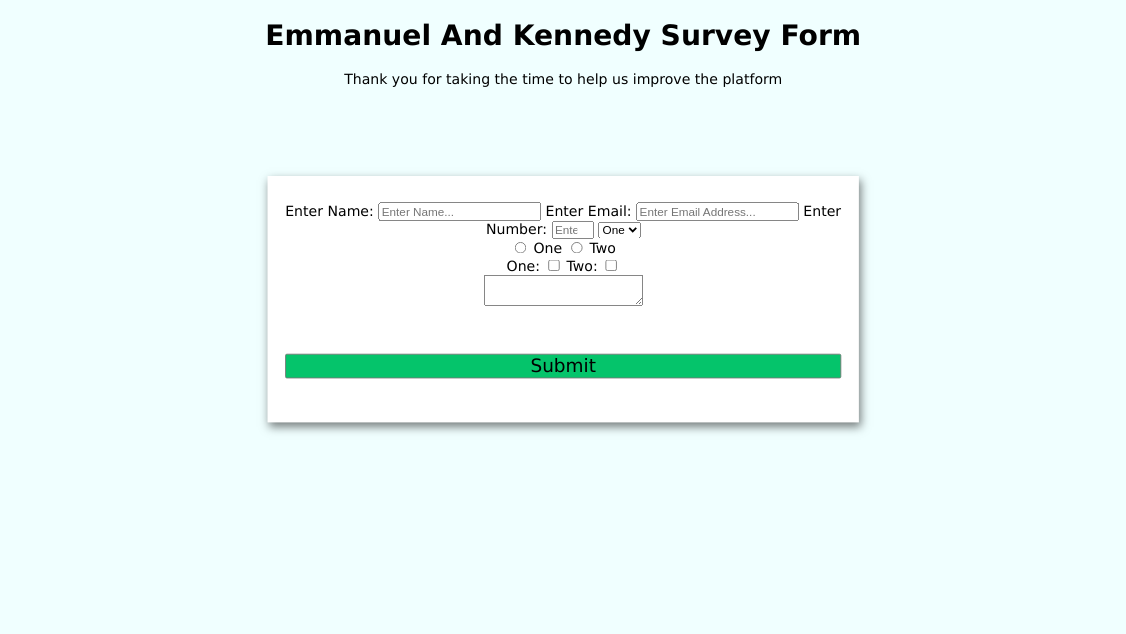
Repository: kennedyowusu/EmmaAndKen
Page: index.html
The author's editor kept a copy of each file at every save. The page is drawn from the files as they stood at one save, then again after the next save.
The browser window is 1280 px wide. The pictures show the whole page, at 88% of full size.

Above is the page before, as saved 2022-08-14 11:29:23.

After the next save:
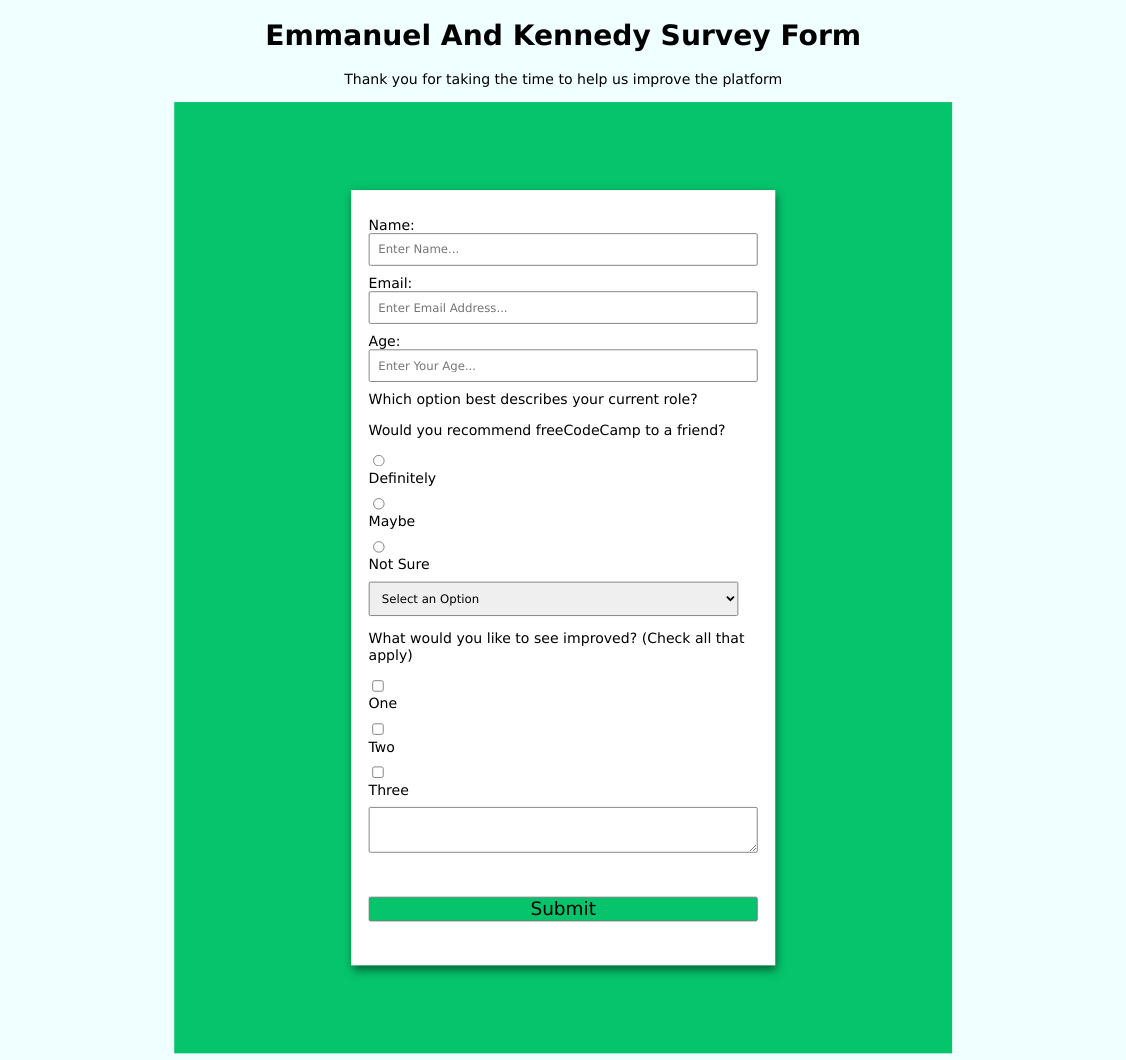
Saved 25 min 39 s later.
--- a/index.html
+++ b/index.html
@@ -18,65 +18,95 @@
     - The freeCodeCamp Team
     -->
 
-    <div><h1 id="title">Emmanuel And Kennedy Survey Form</h1>
-    <p id="description">
-      Thank you for taking the time to help us improve the platform
-    </p>
+    <div class="heading">
+      <h1 id="title">Emmanuel And Kennedy Survey Form</h1>
+      <p id="description">
+        Thank you for taking the time to help us improve the platform
+      </p>
+      <div class="form-main">
+        <form id="survey-form">
+          <label id="name-label">
+            Name:
+            <input type="text" id="name" required placeholder="Enter Name..." />
+          </label>
 
-    <form id="survey-form">
+          <label id="email-label">
+             Email:
+            <input
+              type="email"
+              id="email"
+              required
+              placeholder="Enter Email Address..."
+            />
+          </label>
 
-      <label id="name-label"> Enter Name:
-        <input type="text"  id="name" required placeholder="Enter Name..." />
+          <label id="number-label">
+             Age:
+            <input
+              type="number"
+              min="0"
+              max="9"
+              id="number"
 
-      </label>
+              placeholder="Enter Your Age..."
+            />
+          </label>
 
-      <label id="email-label"> Enter Email:
-        <input type="email" id="email" required placeholder="Enter Email Address..." />
-
-      </label>
-
-      <label id="number-label"> Enter Number:
-        <input type="number" min="0" max="9" id="number" required  placeholder="Enter Your Age..."/>
-
-      </label>
-
-      <select id="dropdown">
-
-        <option>One</option>
-        <option>Two</option>
-
-      </select>
-
-       <div>
-
-          <input type="radio" name="radio" value="1" id="radio1" />
-          <label for="radio1">One</label>
-
-          <input type="radio" name="radio" value="2" id="radio2" />
-          <label for="radio2">Two</label>
-
-       </div>
+          <label>Which option best describes your current role?</label>
 
 
-        <div>
-          One: <input type="checkbox" id="checkbox" name="checkbox" value="checked">
-          Two: <input type="checkbox" id="checkbox" name="checkbox" value="checked">
-        </div>
+          <div>
+            <p>Would you recommend freeCodeCamp to a friend?</p>
+            <input type="radio" name="radio" value="1" id="radio1" />
+            <label for="radio1">Definitely</label>
 
-        <textarea>
+            <input type="radio" name="radio" value="2" id="radio2" />
+            <label for="radio2">Maybe</label>
 
-        </textarea>
+            <input type="radio" name="radio" value="3" id="radio3" />
+            <label for="radio3">Not Sure</label>
+          </div>
 
-        <button id="submit" type="submit">Submit</button>
+          <select name="" id="">
+            <option value="">
+              Select an Option
+            </option>
+
+            <option value="1">
+              Challenges
+            </option>
+
+            <option value="2">
+              Projects
+            </option>
+
+            <option value="3">
+              Community
+            </option>
+
+            <option value="4">
+              Open Source
+            </option>
+          </select>
 
 
-    </form>
+          <div>
+            <p>What would you like to see improved? (Check all that apply)</p>
+
+            <input type="checkbox" name="checkbox" value="1" id="checkbox1" />
+            <label for="checkbox1">One</label>
+            <input type="checkbox" name="checkbox" value="2" id="checkbox2" />
+            <label for="checkbox2">Two</label>
+            <input type="checkbox" name="checkbox" value="3" id="checkbox3" />
+            <label for="checkbox3">Three</label>
+          </div>
+
+          <textarea> </textarea>
+
+          <button id="submit" type="submit">Submit</button>
+        </form>
+      </div>
     </div>
-
-
-
-
-
 
     <script src="js/index.js"></script>
   </body>
